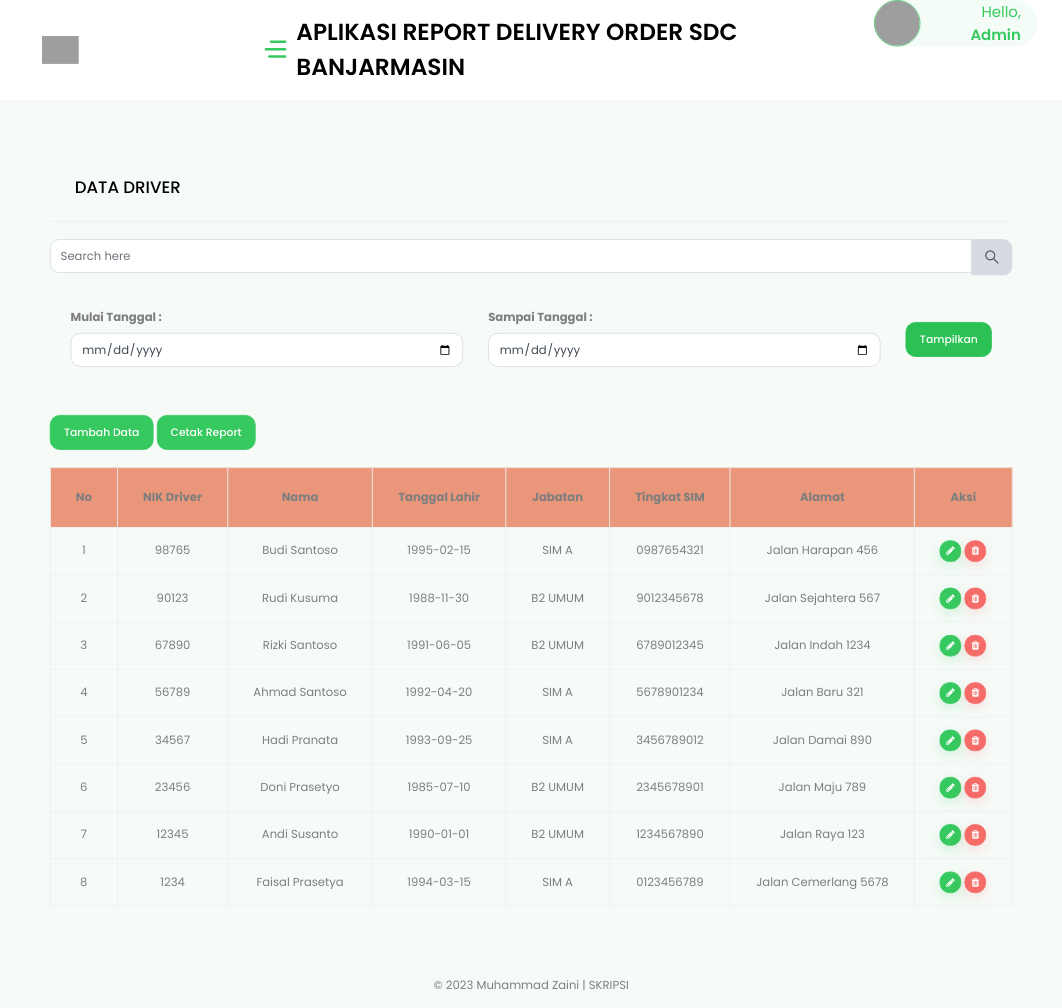
Repository: muhammadzainiy31/skripsi
Page: http://localhost/driver/index.php
The author's editor kept a copy of each file at every save. The page is drawn from the files as they stood at one save, then again after the next save.
The browser window is 1280 px wide. The pictures show the whole page, at 83% of full size.
Pictures or frames that could not be fetched are drawn as grey boxes. The page is run by PHP 8.4 with error messages shown; the project is at /var/www/html/. The database holds what the project's SQL file puts in it.

Above is the page before, as saved 2023-07-01 21:50:27.

After the next save:
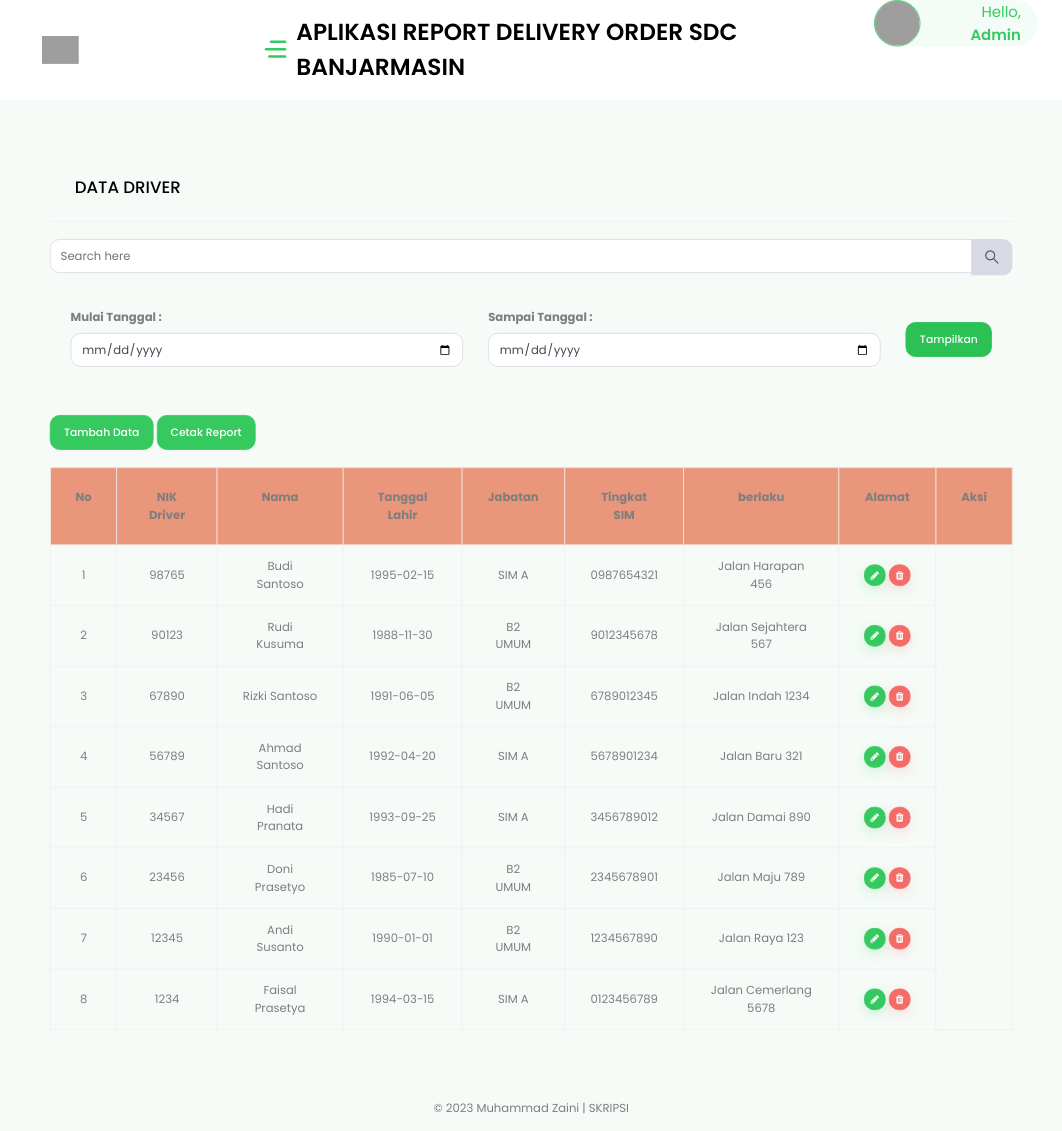
Saved 4 min 45 s later.
--- a/driver/index.php
+++ b/driver/index.php
@@ -103,6 +103,7 @@
                             <th>Tanggal Lahir</th>
                             <th>Jabatan</th>
                             <th>Tingkat SIM</th>
+                            <th>berlaku </th>
                             <th>Alamat</th>
                             <th>Aksi</th>
                         </tr>
